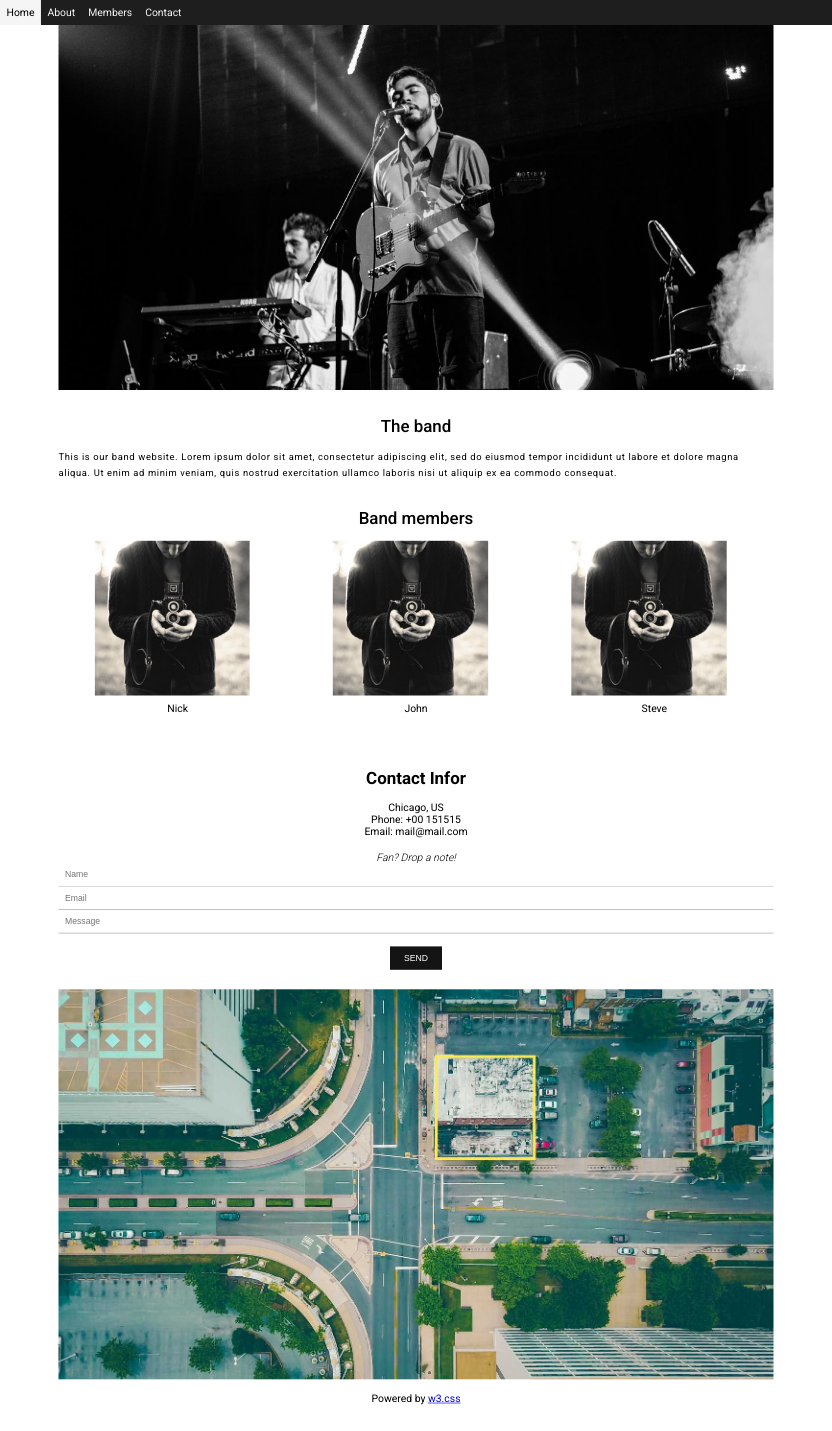
Repository: hieu-22/w3_band_UI
Page: index.html
An editor plug-in stored every save of this project. The page is shown before and after the next save, followed by the edit.
The browser window is 1280 px wide. The pictures show the whole page, at 65% of full size.

Above is the page before, as saved 2022-12-30 11:19:11.

### index.html
<!DOCTYPE html>
<html lang="en">
<head>
    <meta charset="UTF-8">
    <meta http-equiv="X-UA-Compatible" content="IE=edge">
    <meta name="viewport" content="width=device-width, initial-scale=1.0">
    <title>The band - by w3school</title>
    <script src="scr/main.js" defer></script>
    <link rel="stylesheet" href="assets/css/style.css">
    <link rel="preconnect" href="https://fonts.googleapis.com"><link rel="preconnect" href="https://fonts.gstatic.com" crossorigin><link href="https://fonts.googleapis.com/css2?family=Roboto:wght@100;300;400;500;700&display=swap" rel="stylesheet">
</head>
<body>
    <header class="header">
        <nav class="navigation-bar">
            <ul class="navigation-bar__list">
                <li class="navigation-bar__list-item">
                    Home
                </li>
                <li class="navigation-bar__list-item">
                    About
                </li>
                <li class="navigation-bar__list-item">
                    Members
                </li>
                <li class="navigation-bar__list-item">
                    Contact
                </li>
            </ul>
        </nav>
        <div class="banner"></div>
    </header>

    <main class="content">
        <div class="content__about">
            <h2 class="content__about-name">The band</h2>
            <p class="content__about-description"> This is our band website. Lorem ipsum dolor sit amet, consectetur adipiscing elit, sed do eiusmod tempor incididunt ut labore et dolore magna aliqua. Ut enim ad minim veniam, quis nostrud exercitation ullamco laboris nisi ut aliquip ex ea commodo consequat.
            </p>
        </div>
        <!-- end about -->

        <div class="content__members">
            <h2 class="content__members-header">Band members</h2>
            <div class="content__members-container">
                <div class="member">
                    <div class="member__img">
                        <img src="/assets/img/img_bandmember.jpg" alt="band member">
                    </div>
                    <p class="member__name">Nick</p>
                </div>
                <!-- member1 -->
                <div class="member">
                    <div class="member__img">
                        <img src="/assets/img/img_bandmember.jpg" alt="band member">
                    </div>
                    <p class="member__name">John</p>
                </div>
                <!-- member2 -->
                <div class="member">
                    <div class="member__img">
                        <img src="/assets/img/img_bandmember.jpg" alt="band member">
                    </div>
                    <p class="member__name">Steve</p>
                </div>
                <!-- member3 -->
            </div>
        </div>
        <!-- end members -->
        <div class="content__contact-infor">
            <h2 class="contact-infor__header">Contact Infor</h2>
            <address class="contact-infor__address">
                Chicago, US</br>
                Phone: +00 151515</br>
                Email: mail@mail.com
            </address>
            <div class="contact-infor__form">
                <h3 class="contact-infor__form-title">Fan? Drop a note!</h3>
            <form action="#">
                <input type="text" placeholder="Name" name="name">
                <input type="email" placeholder="Email">
                <input type="text" placeholder="Message">
                <button type="submit">SEND</button>
            </form>
            </div>
            <div class="contact-infor__banner"></div>
        </div>
    </main>

    <footer class="footer">
        <p>Powered by <a href="#">w3.css</a></p>
    </footer>
</body>
</html>

### scr/main.js
window.addEventListener('DOMContentLoaded', () => {
    banner.classList.add('banner-picture1')
})
const banner = document.querySelector('.banner')
let currentBanner = 'banner1'

function changeBanner() {
    if(currentBanner == 'banner1') {
        banner.classList.remove('banner-picture1')
        banner.classList.add('banner-picture2')
        currentBanner = 'banner2'
    } else if(currentBanner == 'banner2') {
        banner.classList.remove('banner-picture2')
        banner.classList.add('banner-picture3')
        currentBanner = 'banner3'
    } else {
        banner.classList.remove('banner-picture3')
        banner.classList.add('banner-picture1')
        currentBanner = 'banner1'
    }
}

setInterval(changeBanner(), 1000)

### assets/css/style.css
* {
    box-sizing: border-box;
    padding: 0;
    margin: 0;

}

html {
    font-family: 'Roboto', sans-serif;
    font-size: 16px;
    width: 1100px;
    margin: auto;
}

.header {
    height: 600px;
}

.navigation-bar {
    position: fixed;
    top: 0;
    left: 0;
    width: 100%;
    background-color: rgb(30, 30, 30);
}

.navigation-bar__list {
    display: flex;
    justify-content: flex-start;
    align-items: center;
    border-radius: 2px;
    list-style-type: none;
}

.navigation-bar__list-item {
    padding: 10px;
    color: whitesmoke;
}

.navigation-bar__list-item:hover {
    background-color: whitesmoke;
    color: black;
    cursor: pointer;
}

.banner {
    height: 100%;
    width: auto;
    background-size: cover;
}

.banner-picture1 {
    background-image: url('../img/img_la.jpg');
}
.banner-picture2 {
    background-image: url('../img/img_ny.jpg');
}
.banner-picture2 {
    background-image: url('../img/img_ch.jpg');
}
/* main content */
.content__about {
    margin-top: 20px;
}

.content__about-name {
    font-weight: 500;
    text-align: center;
    font-size: 26px;
    padding: 20px 0;
}

.content__about-description {
    letter-spacing: 1px;
    line-height: 26px;
    font-size: 0.9rem;
}
/* end about */

.content__members {
    height: 400px;
    margin-top: 20px;
}
.content__members-header {
    font-weight: 500;
    text-align: center;
    width: 100%;
    padding: 20px 0;
    font-size: 26px;
}
.content__members-container {
    display: flex;
    justify-content: space-around;
}

.member__img {
    height: 80%;
}

.member__img img {
    height: 100%;
}

.member__name {
    text-align: center;
    padding: 10px;
}
/* end member */

.content__contact-infor {
    margin-top: 20px;
}

.content__contact-infor .contact-infor__header {
    margin: 20px 0;
    text-align: center;
    font-size: 26px;
}

.content__contact-infor .contact-infor__address {
    margin: 20px 0;
    text-align: center;
    font-style: normal;
}
/* end contact address */

.content__contact-infor .contact-infor__form-title {
    font-style: italic;
    font-weight: 300;
    font-size: 16px;
    text-align: center;
}

input {
    width: 100%;
    padding: 10px;
    border: none;
    border-bottom: 1px solid rgb(158, 158, 158);
}

input:focus {
    border: 1px solid black;
}

button {
    position: relative;
    left: 50%;
    top: 20px;
    transform: translateX(-50%);

    width: 80px;
    height: 36px;
    border: none;

    background-color: rgb(20, 20, 20);
    color: white;

    cursor: pointer;
}

button:hover {
    background-color: rgb(196, 198, 199);
    color: black;
}
/* end contact form */

.contact-infor__banner {
    height: 600px;
    width: auto;
    margin-top: 50px;
    background-image: url(../img/map.jpg);
    background-size: cover;
}

.footer {
    margin: 20px 0 40px 0;
}

.footer p {
    text-align: center;
}

After the next save:
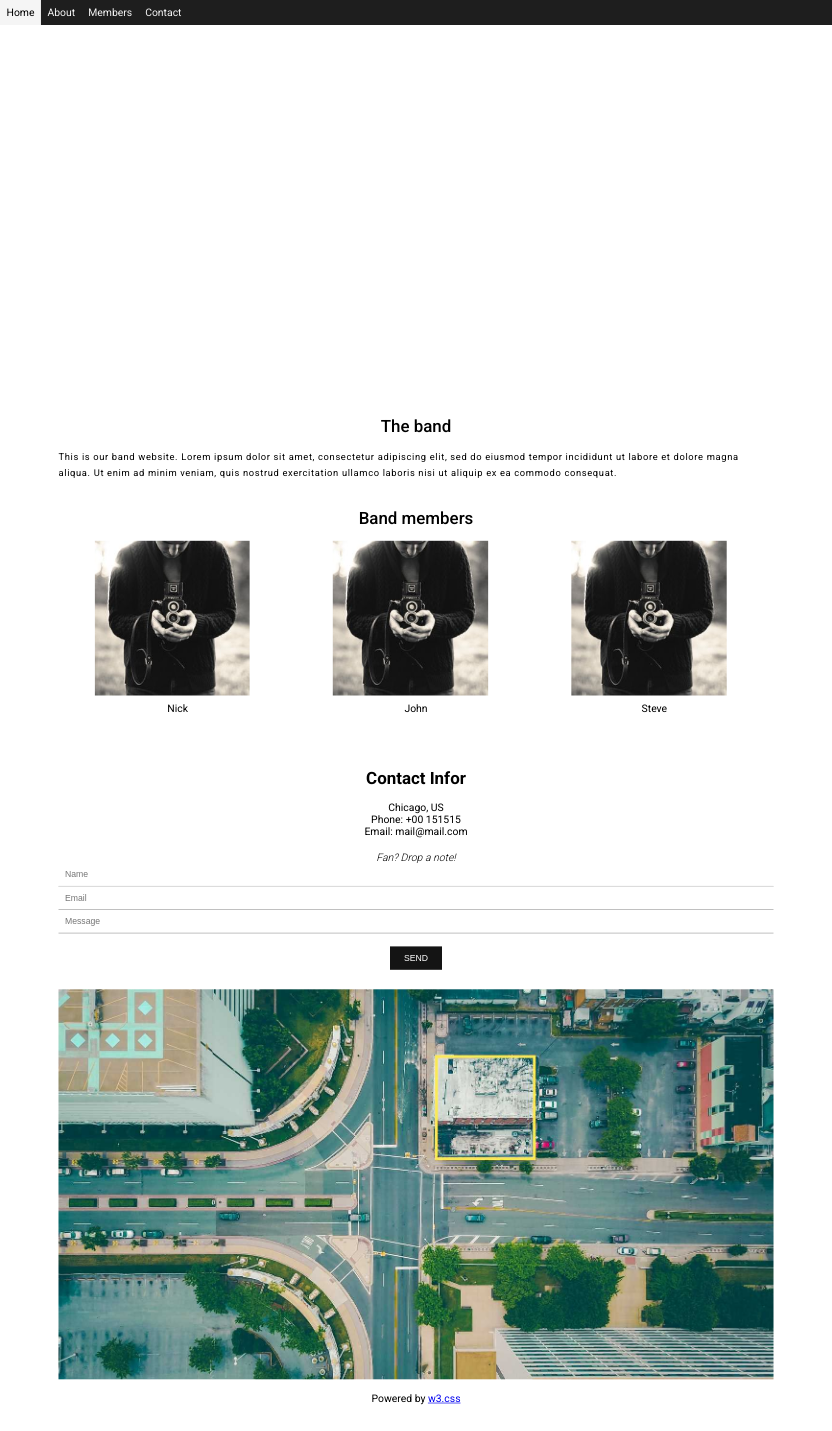
Saved 58 s later.
--- a/scr/main.js
+++ b/scr/main.js
@@ -20,4 +20,4 @@ function changeBanner() {
     }
 }
 
-setInterval(changeBanner(), 1000)
+setInterval(changeBanner, 1000)

After the save that followed:
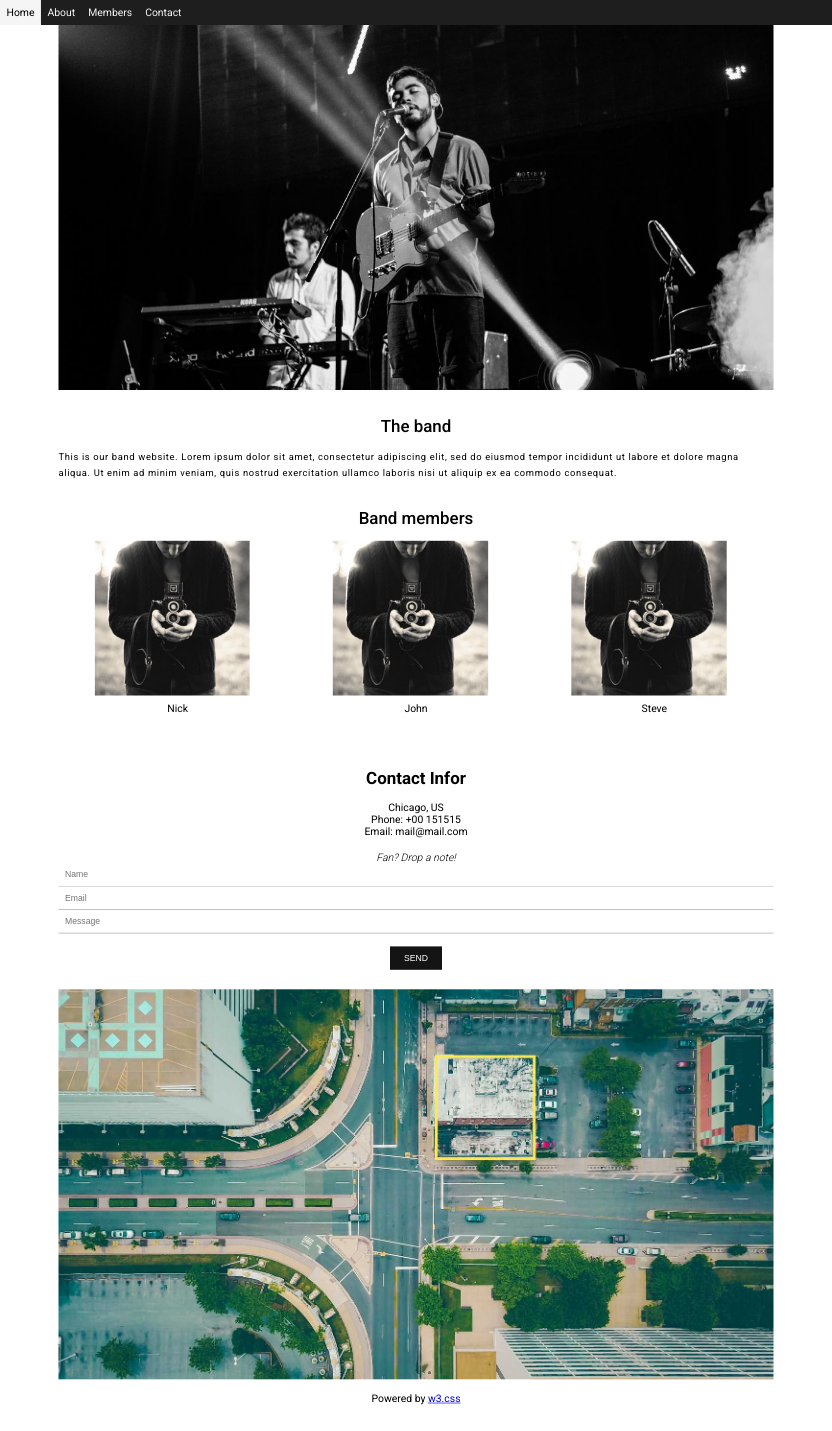
Saved 17 s later.
--- a/assets/css/style.css
+++ b/assets/css/style.css
@@ -55,7 +55,7 @@ html {
 .banner-picture2 {
     background-image: url('../img/img_ny.jpg');
 }
-.banner-picture2 {
+.banner-picture3 {
     background-image: url('../img/img_ch.jpg');
 }
 /* main content */
